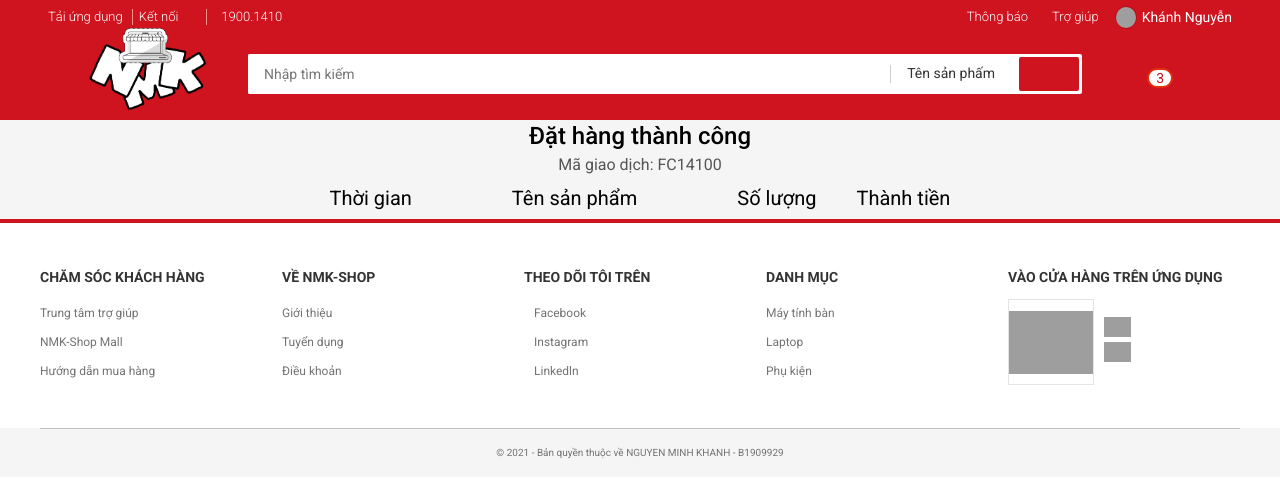
Repository: NguyenMinhKhanhB1909929/NMK-Shop
Page: orderedSuccess.html
The author's editor kept a copy of each file at every save. The page is drawn from the files as they stood at one save, then again after the next save.
The browser window is 1280 px wide. The pictures show the whole page.
Pictures or frames that could not be fetched are drawn as grey boxes. Some icons come from a web library that is not loaded, so they are not drawn.

Above is the page before, as saved 2021-12-04 16:09:05.
Console error: TypeError: Cannot set properties of null (setting 'onclick')

After the next save:
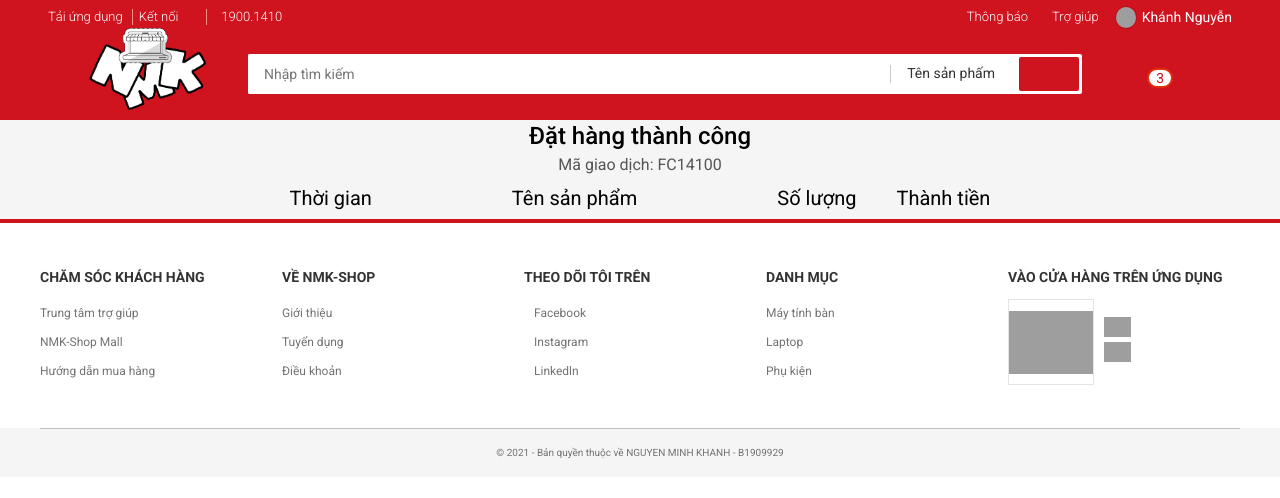
Saved 11 s later.
--- a/assets/css/orderSuccess.css
+++ b/assets/css/orderSuccess.css
@@ -32,7 +32,7 @@
   padding: 10px 20px;
 }
 .ordered__success-table-title-name {
-  padding: 10px 80px;
+  padding: 10px 120px;
 }
 .ordered__success-table-title-quantity {
   padding: 10px 20px;
